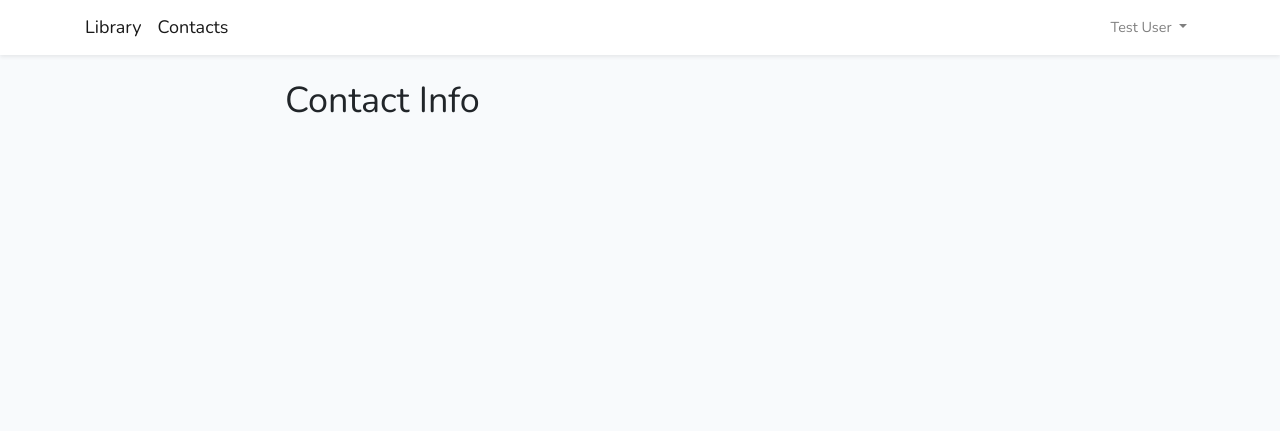
Repository: laravel-sys/groupOne
Page: http://localhost/contacts
These files come from the project's save history. The page is drawn as it stood at one moment and after the next save; the edit follows.
The browser window is 1280 px wide. The pictures show the whole page.
The page is served by the project's Laravel application, run on PHP 8.4 with Laravel 8. A made-up administrator, Test User (test@example.com), is signed in. Other server files are loaded and not shown. Style sheets and scripts are compiled from the project's sources, by tool versions that may differ from the author's. Queries for data that is not in the repository find no rows.

Above is the page before, as saved 2021-03-26 22:27:42.

### routes/web.php
<?php
use App\Http\Controllers\ContactsController;
use Illuminate\Support\Facades\Route;

/*
|--------------------------------------------------------------------------
| Web Routes
|--------------------------------------------------------------------------
|
| Here is where you can register web routes for your application. These
| routes are loaded by the RouteServiceProvider within a group which
| contains the "web" middleware group. Now create something great!
|
*/

Route::get('/', function () {
    return view('welcome');
});

Auth::routes();

Route::get('/home', [App\Http\Controllers\HomeController::class, 'index'])->name('home');

Route::resource('contacts', ContactsController::class);

### app/Models/User.php
<?php

namespace App\Models;

use Illuminate\Contracts\Auth\MustVerifyEmail;
use Illuminate\Database\Eloquent\Factories\HasFactory;
use Illuminate\Foundation\Auth\User as Authenticatable;
use Illuminate\Notifications\Notifiable;

class User extends Authenticatable
{
    use HasFactory, Notifiable;

    /**
     * The attributes that are mass assignable.
     *
     * @var array
     */
    protected $fillable = [
        'name',
        'email',
        'password',
    ];

    /**
     * The attributes that should be hidden for arrays.
     *
     * @var array
     */
    protected $hidden = [
        'password',
        'remember_token',
    ];

    /**
     * The attributes that should be cast to native types.
     *
     * @var array
     */
    protected $casts = [
        'email_verified_at' => 'datetime',
    ];

    public function contacts(){
        return $this->hasMany(Contact::class);
    }
}

### app/Http/Controllers/ContactsController.php
<?php

namespace App\Http\Controllers;

use App\Models\Contact;
use Illuminate\Http\Request;

use Illuminate\Support\Facades\Auth;

class ContactsController extends Controller
{
    public function __construct()
    {
        $this->middleware('auth' ,['except' => [
            'index',
        ]]);
        //$this->middleware('auth');
    }

    /**
     * Display a listing of the resource.
     *
     * @return \Illuminate\Http\Response
     */
    public function index()
    {
        $user=Auth::user();
        return view('index',['contacts'=>$user->contacts]);
        //return "OK";
    }

    /**
     * Show the form for creating a new resource.
     *
     * @return \Illuminate\Http\Response
     */
    public function create()
    {
        return view('create');
    }

    /**
     * Store a newly created resource in storage.
     *
     * @param  \Illuminate\Http\Request  $request
     * @return \Illuminate\Http\Response
     */
    public function store(Request $request)
    {
        request()->validate([
            'name' => 'required',
            'email' => 'required',
            'phone' => 'required',
            'subject' => 'required',
            'message' => 'required',
        ]);

        $contact->name = request('name');
        $contact->email = request('email');
        $contact->phone = request('phone');
        $contact->subject = request('subject');
        $contact->message = request('message');
        $contact->user_id = Auth::user()->id;

        $task->save();
        return redirect('contacts');
    }

    /**
     * Display the specified resource.
     *
     * @param  \App\Models\Contact  $contact
     * @return \Illuminate\Http\Response
     */
    public function show(Contact $contact)
    {
        return view('show', ['contact' => $contact]);
    }

    /**
     * Show the form for editing the specified resource.
     *
     * @param  \App\Models\Contact  $contact
     * @return \Illuminate\Http\Response
     */
    public function edit(Contact $contact)
    {
        return view('edit' , ['contact' => $contact]);
    }

    /**
     * Update the specified resource in storage.
     *
     * @param  \Illuminate\Http\Request  $request
     * @param  \App\Models\Contact  $contact
     * @return \Illuminate\Http\Response
     */
    public function update(Request $request, Contact $contact)
    {
        request()->validate([
            'name' => 'required',
            'email' => 'required',
            'phone' => 'required',
            'subject' => 'required',
            'message' => 'required',
        ]);

        $contact->name = request('name');
        $contact->email = request('email');
        $contact->phone = request('phone');
        $contact->subject = request('subject');
        $contact->message = request('message');
        $contact->user_id = Auth::user()->id;

        $contact->save();
        return redirect(route('contacts.index'));
    }

    /**
     * Remove the specified resource from storage.
     *
     * @param  \App\Models\Contact  $contact
     * @return \Illuminate\Http\Response
     */
    public function destroy(Contact $contact)
    {
        // $contact->delete();
        // return redirect(route('contacts.index'));
    }
}

### app/Models/Contact.php
<?php

namespace App\Models;

use Illuminate\Database\Eloquent\Factories\HasFactory;
use Illuminate\Database\Eloquent\Model;

class Contact extends Model
{
    use HasFactory;
    public function user(){
        return $this->belongsTo(User::class);
    }
}

### resources/views/index.blade.php
@extends('layouts.app')

@section('content')
<div class="container">
    <div class="col-lg-8 m-auto">
        <h1>Contact Info</h1>
        @foreach ($contacts as $contact)
            <div class="card mt-3">
                <p><a href="contacts/{{$contact->id}}"></p>
                <h3>Name:{{$contact->name}}</h3>
                <h3>Email:{{$contact->email}}</h3>
                <h3>Phone Number:{{$contact->phone}}</h3>
                <h3>Subject:{{$contact->subject}}</h3>
                <h3>Message:{{$contact->message}}</h3>
            </div>

        @endforeach
    </div>
</div>

@endsection

### resources/views/layouts/app.blade.php
<!doctype html>
<html lang="{{ str_replace('_', '-', app()->getLocale()) }}">
<head>
    <meta charset="utf-8">
    <meta name="viewport" content="width=device-width, initial-scale=1">

    <!-- CSRF Token -->
    <meta name="csrf-token" content="{{ csrf_token() }}">

    <title>{{ config('app.name', 'Laravel') }}</title>

    <!-- Scripts -->
    <script src="{{ asset('js/app.js') }}" defer></script>

    <!-- Fonts -->
    <link rel="dns-prefetch" href="//fonts.gstatic.com">
    <link href="https://fonts.googleapis.com/css?family=Nunito" rel="stylesheet">
    <link rel="stylesheet" href="https://cdn.jsdelivr.net/npm/bootstrap@4.6.0/dist/css/bootstrap.min.css" integrity="sha384-B0vP5xmATw1+K9KRQjQERJvTumQW0nPEzvF6L/Z6nronJ3oUOFUFpCjEUQouq2+l" crossorigin="anonymous">

    <!-- Styles -->
    <link href="{{ asset('css/app.css') }}" rel="stylesheet">
</head>
<body>
    <div id="app">
        <nav class="navbar navbar-expand-md navbar-light bg-white shadow-sm">
            <div class="container">
                <a class="navbar-brand" href="{{ url('/home') }}">
                   Library
                </a>
                <button class="navbar-toggler" type="button" data-toggle="collapse" data-target="#navbarSupportedContent" aria-controls="navbarSupportedContent" aria-expanded="false" aria-label="{{ __('Toggle navigation') }}">
                    <span class="navbar-toggler-icon"></span>
                </button>

                <div class="collapse navbar-collapse" id="navbarSupportedContent">
                    <!-- Left Side Of Navbar -->
                    <ul class="navbar-nav mr-auto">
                            <a class="navbar-brand" href="{{ url('/contacts') }}">
                                  Contacts
                            </a>
                    </ul>

                    <!-- Right Side Of Navbar -->
                    <ul class="navbar-nav ml-auto">
                        <!-- Authentication Links -->
                        @guest
                            @if (Route::has('login'))
                                <li class="nav-item">
                                    <a class="nav-link" href="{{ route('login') }}">{{ __('Login') }}</a>
                                </li>
                            @endif

                            @if (Route::has('register'))
                                <li class="nav-item">
                                    <a class="nav-link" href="{{ route('register') }}">{{ __('Register') }}</a>
                                </li>
                            @endif
                        @else
                            <li class="nav-item dropdown">
                                <a id="navbarDropdown" class="nav-link dropdown-toggle" href="#" role="button" data-toggle="dropdown" aria-haspopup="true" aria-expanded="false" v-pre>
                                    {{ Auth::user()->name }}
                                </a>

                                <div class="dropdown-menu dropdown-menu-right" aria-labelledby="navbarDropdown">
                                    <a class="dropdown-item" href="{{ route('logout') }}"
                                       onclick="event.preventDefault();
                                                     document.getElementById('logout-form').submit();">
                                        {{ __('Logout') }}
                                    </a>

                                    <form id="logout-form" action="{{ route('logout') }}" method="POST" class="d-none">
                                        @csrf
                                    </form>
                                </div>
                            </li>
                        @endguest
                    </ul>
                </div>
            </div>
        </nav>

        <main class="py-4">
            @yield('content')
        </main>
    </div>

    <script src="https://code.jquery.com/jquery-3.5.1.slim.min.js" integrity="sha384-DfXdz2htPH0lsSSs5nCTpuj/zy4C+OGpamoFVy38MVBnE+IbbVYUew+OrCXaRkfj" crossorigin="anonymous"></script>
    <script src="https://cdn.jsdelivr.net/npm/bootstrap@4.6.0/dist/js/bootstrap.bundle.min.js" integrity="sha384-Piv4xVNRyMGpqkS2by6br4gNJ7DXjqk09RmUpJ8jgGtD7zP9yug3goQfGII0yAns" crossorigin="anonymous"></script>

</body>
</html>

Loaded but not shown: app/Http/Controllers/Auth/ConfirmPasswordController.php (common file); app/Http/Controllers/Controller.php (common file); resources/sass/app.scss (common file); resources/sass/_variables.scss (common file)

After the next save:
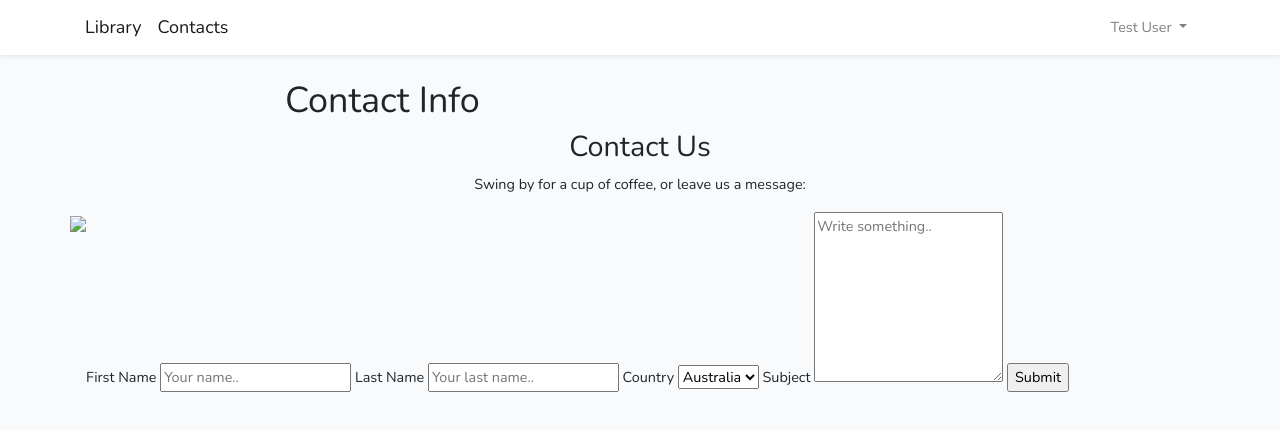
Saved 9 s later.
--- a/resources/views/index.blade.php
+++ b/resources/views/index.blade.php
@@ -18,4 +18,34 @@
     </div>
 </div>
 
+
+
+<div class="container">
+  <div style="text-align:center">
+    <h2>Contact Us</h2>
+    <p>Swing by for a cup of coffee, or leave us a message:</p>
+  </div>
+  <div class="row">
+    <div class="column">
+      <img src="/w3images/map.jpg" style="width:100%">
+    </div>
+    <div class="column">
+      <form action="/action_page.php">
+        <label for="fname">First Name</label>
+        <input type="text" id="fname" name="firstname" placeholder="Your name..">
+        <label for="lname">Last Name</label>
+        <input type="text" id="lname" name="lastname" placeholder="Your last name..">
+        <label for="country">Country</label>
+        <select id="country" name="country">
+          <option value="australia">Australia</option>
+          <option value="canada">Canada</option>
+          <option value="usa">USA</option>
+        </select>
+        <label for="subject">Subject</label>
+        <textarea id="subject" name="subject" placeholder="Write something.." style="height:170px"></textarea>
+        <input type="submit" value="Submit">
+      </form>
+    </div>
+  </div>
+</div>
 @endsection
